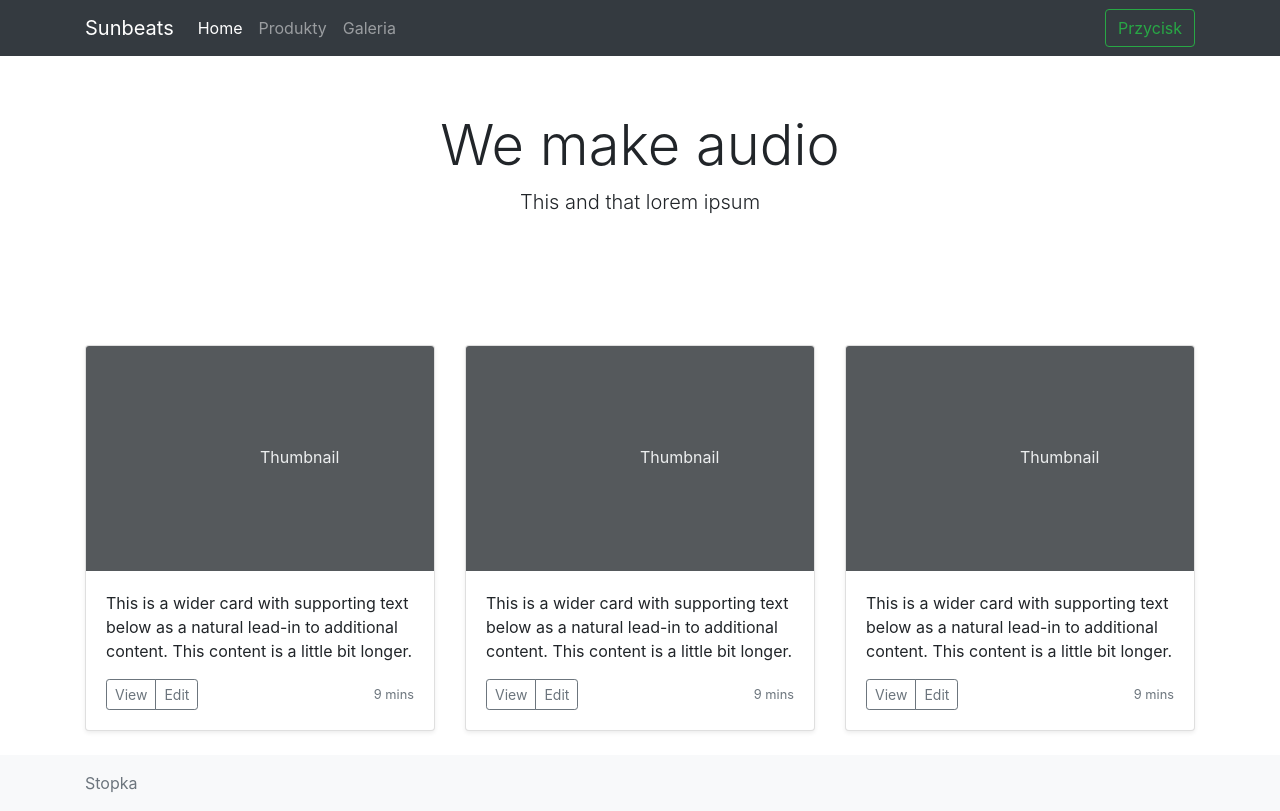
Repository: Audio-site/sunbeats
Page: index.html
An editor plug-in stored every save of this project. The page is shown before and after the next save, followed by the edit.
The browser window is 1280 px wide. The pictures show the whole page.

Above is the page before, as saved 2020-08-25 00:58:10.

### index.html
<!doctype html>
<html lang="en" class="h-100">

<head>
  <meta charset="utf-8">
  <meta name="viewport" content="width=device-width, initial-scale=1, shrink-to-fit=no">
  <meta name="description" content="">
  <meta name="author" content="Mark Otto, Jacob Thornton, and Bootstrap contributors">
  <meta name="generator" content="Jekyll v4.1.1">
  <title>Sunbeats</title>

  <link rel="canonical" href="https://getbootstrap.com/docs/4.5/examples/sticky-footer-navbar/">

  <!-- Bootstrap core CSS -->
  <link href="../assets/dist/css/bootstrap.min.css" rel="stylesheet">

</head>
<div class="d-flex flex-column h-100">
  <header>
    <!-- Fixed navbar -->
    <nav class="navbar navbar-expand-md navbar-dark fixed-top bg-dark">
      <div class="container">
        <a class="navbar-brand" href="#">Sunbeats</a>
        <button class="navbar-toggler" type="button" data-toggle="collapse" data-target="#navbarCollapse"
          aria-controls="navbarCollapse" aria-expanded="false" aria-label="Toggle navigation">
          <span class="navbar-toggler-icon"></span>
        </button>
        <div class="collapse navbar-collapse" id="navbarCollapse">
          <ul class="navbar-nav mr-auto">
            <li class="nav-item active">
              <a class="nav-link" href="../index.html">Home <span class="sr-only">(current)</span></a>
            </li>
            <li class="nav-item">
              <a class="nav-link" href="../products.html">Produkty</a>
            </li>
            <li class="nav-item">
              <a class="nav-link" href="#">Galeria</a>
            </li>
          </ul>
          <button class="btn btn-outline-success my-2 my-sm-0" type="submit">Przycisk</button>
        </div>
      </div>
    </nav>
  </header>

  <!-- Begin page content -->
  <main role="main">
    <div class="jumbotron jumbotron-fluid text-center my-5 bg-white">
      <div class="container">
        <h1 class="display-4">We make audio</h1>
        <p class="lead">This and that lorem ipsum</p>
      </div>
    </div>

    <section>
      <div class="container">

        <div class="row">

          <div class="col-md-4">
            <div class="card mb-4 shadow-sm">
              <svg class="bd-placeholder-img card-img-top" width="100%" height="225" xmlns="http://www.w3.org/2000/svg"
                preserveAspectRatio="xMidYMid slice" focusable="false" role="img" aria-label="Placeholder: Thumbnail">
                <title>Placeholder</title>
                <rect width="100%" height="100%" fill="#55595c" /><text x="50%" y="50%" fill="#eceeef"
                  dy=".3em">Thumbnail</text>
              </svg>
              <div class="card-body">
                <p class="card-text">This is a wider card with supporting text below as a natural lead-in to additional
                  content. This content is a little bit longer.</p>
                <div class="d-flex justify-content-between align-items-center">
                  <div class="btn-group">
                    <button type="button" class="btn btn-sm btn-outline-secondary">View</button>
                    <button type="button" class="btn btn-sm btn-outline-secondary">Edit</button>
                  </div>
                  <small class="text-muted">9 mins</small>
                </div>
              </div>
            </div>
          </div>
          <div class="col-md-4">
            <div class="card mb-4 shadow-sm">
              <svg class="bd-placeholder-img card-img-top" width="100%" height="225" xmlns="http://www.w3.org/2000/svg"
                preserveAspectRatio="xMidYMid slice" focusable="false" role="img" aria-label="Placeholder: Thumbnail">
                <title>Placeholder</title>
                <rect width="100%" height="100%" fill="#55595c" /><text x="50%" y="50%" fill="#eceeef"
                  dy=".3em">Thumbnail</text>
              </svg>
              <div class="card-body">
                <p class="card-text">This is a wider card with supporting text below as a natural lead-in to additional
                  content. This content is a little bit longer.</p>
                <div class="d-flex justify-content-between align-items-center">
                  <div class="btn-group">
                    <button type="button" class="btn btn-sm btn-outline-secondary">View</button>
                    <button type="button" class="btn btn-sm btn-outline-secondary">Edit</button>
                  </div>
                  <small class="text-muted">9 mins</small>
                </div>
              </div>
            </div>
          </div>
          <div class="col-md-4">
            <div class="card mb-4 shadow-sm">
              <svg class="bd-placeholder-img card-img-top" width="100%" height="225" xmlns="http://www.w3.org/2000/svg"
                preserveAspectRatio="xMidYMid slice" focusable="false" role="img" aria-label="Placeholder: Thumbnail">
                <title>Placeholder</title>
                <rect width="100%" height="100%" fill="#55595c" /><text x="50%" y="50%" fill="#eceeef"
                  dy=".3em">Thumbnail</text>
              </svg>
              <div class="card-body">
                <p class="card-text">This is a wider card with supporting text below as a natural lead-in to additional
                  content. This content is a little bit longer.</p>
                <div class="d-flex justify-content-between align-items-center">
                  <div class="btn-group">
                    <button type="button" class="btn btn-sm btn-outline-secondary">View</button>
                    <button type="button" class="btn btn-sm btn-outline-secondary">Edit</button>
                  </div>
                  <small class="text-muted">9 mins</small>
                </div>
              </div>
            </div>
          </div>

        </div>

      </div>
    </section>

  </main>


  <footer class="footer mt-auto py-3 bg-light">
    <div class="container">
      <span class="text-muted">Stopka</span>
    </div>
  </footer>
  <script src="https://code.jquery.com/jquery-3.5.1.slim.min.js"
    integrity="sha384-DfXdz2htPH0lsSSs5nCTpuj/zy4C+OGpamoFVy38MVBnE+IbbVYUew+OrCXaRkfj" crossorigin="anonymous">
  </script>
  <script>
    window.jQuery || document.write('<script src="../assets/js/vendor/jquery.slim.min.js"><\/script>')
  </script>
  <script src="../assets/dist/js/bootstrap.bundle.min.js"></script>

</html>

Loaded but not shown: assets/dist/css/bootstrap.min.css (library); assets/dist/js/bootstrap.bundle.min.js (library)

After the next save:
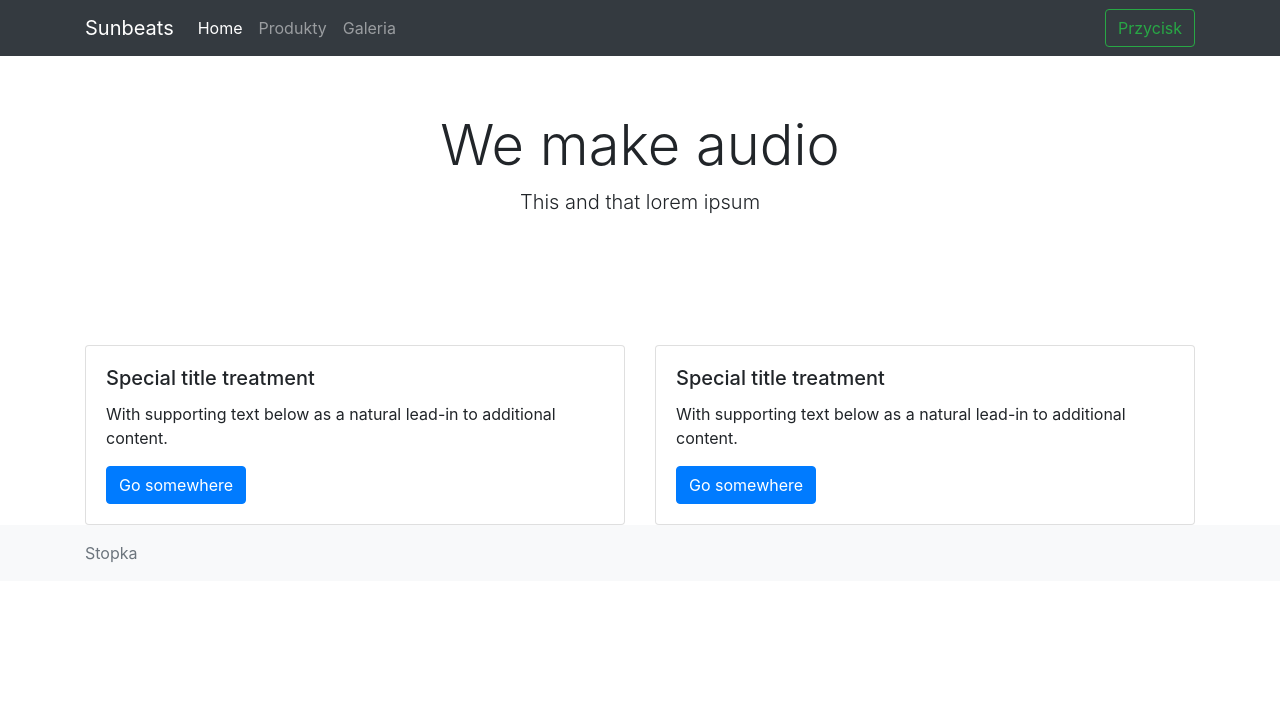
Saved 89 s later.
--- a/index.html
+++ b/index.html
@@ -54,76 +54,26 @@
 
     <section>
       <div class="container">
-
         <div class="row">
-
-          <div class="col-md-4">
-            <div class="card mb-4 shadow-sm">
-              <svg class="bd-placeholder-img card-img-top" width="100%" height="225" xmlns="http://www.w3.org/2000/svg"
-                preserveAspectRatio="xMidYMid slice" focusable="false" role="img" aria-label="Placeholder: Thumbnail">
-                <title>Placeholder</title>
-                <rect width="100%" height="100%" fill="#55595c" /><text x="50%" y="50%" fill="#eceeef"
-                  dy=".3em">Thumbnail</text>
-              </svg>
+          <div class="col-sm-6">
+            <div class="card">
               <div class="card-body">
-                <p class="card-text">This is a wider card with supporting text below as a natural lead-in to additional
-                  content. This content is a little bit longer.</p>
-                <div class="d-flex justify-content-between align-items-center">
-                  <div class="btn-group">
-                    <button type="button" class="btn btn-sm btn-outline-secondary">View</button>
-                    <button type="button" class="btn btn-sm btn-outline-secondary">Edit</button>
-                  </div>
-                  <small class="text-muted">9 mins</small>
-                </div>
+                <h5 class="card-title">Special title treatment</h5>
+                <p class="card-text">With supporting text below as a natural lead-in to additional content.</p>
+                <a href="#" class="btn btn-primary">Go somewhere</a>
               </div>
             </div>
           </div>
-          <div class="col-md-4">
-            <div class="card mb-4 shadow-sm">
-              <svg class="bd-placeholder-img card-img-top" width="100%" height="225" xmlns="http://www.w3.org/2000/svg"
-                preserveAspectRatio="xMidYMid slice" focusable="false" role="img" aria-label="Placeholder: Thumbnail">
-                <title>Placeholder</title>
-                <rect width="100%" height="100%" fill="#55595c" /><text x="50%" y="50%" fill="#eceeef"
-                  dy=".3em">Thumbnail</text>
-              </svg>
+          <div class="col-sm-6">
+            <div class="card">
               <div class="card-body">
-                <p class="card-text">This is a wider card with supporting text below as a natural lead-in to additional
-                  content. This content is a little bit longer.</p>
-                <div class="d-flex justify-content-between align-items-center">
-                  <div class="btn-group">
-                    <button type="button" class="btn btn-sm btn-outline-secondary">View</button>
-                    <button type="button" class="btn btn-sm btn-outline-secondary">Edit</button>
-                  </div>
-                  <small class="text-muted">9 mins</small>
-                </div>
+                <h5 class="card-title">Special title treatment</h5>
+                <p class="card-text">With supporting text below as a natural lead-in to additional content.</p>
+                <a href="#" class="btn btn-primary">Go somewhere</a>
               </div>
             </div>
           </div>
-          <div class="col-md-4">
-            <div class="card mb-4 shadow-sm">
-              <svg class="bd-placeholder-img card-img-top" width="100%" height="225" xmlns="http://www.w3.org/2000/svg"
-                preserveAspectRatio="xMidYMid slice" focusable="false" role="img" aria-label="Placeholder: Thumbnail">
-                <title>Placeholder</title>
-                <rect width="100%" height="100%" fill="#55595c" /><text x="50%" y="50%" fill="#eceeef"
-                  dy=".3em">Thumbnail</text>
-              </svg>
-              <div class="card-body">
-                <p class="card-text">This is a wider card with supporting text below as a natural lead-in to additional
-                  content. This content is a little bit longer.</p>
-                <div class="d-flex justify-content-between align-items-center">
-                  <div class="btn-group">
-                    <button type="button" class="btn btn-sm btn-outline-secondary">View</button>
-                    <button type="button" class="btn btn-sm btn-outline-secondary">Edit</button>
-                  </div>
-                  <small class="text-muted">9 mins</small>
-                </div>
-              </div>
-            </div>
-          </div>
-
         </div>
-
-      </div>
     </section>
 
   </main>
